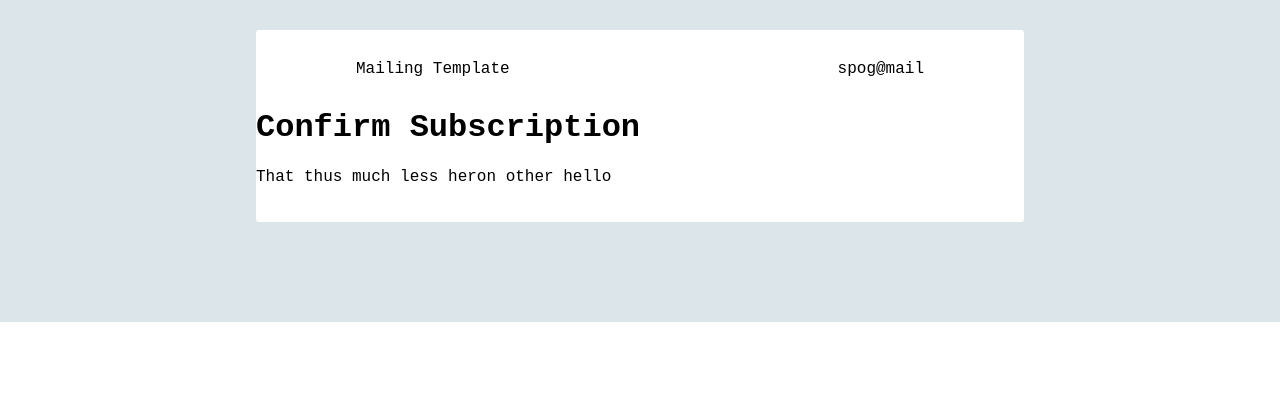
Repository: Lecon-Git/Appmail-Template
Page: mail.html
An editor plug-in stored every save of this project. The page is shown before and after the next save, followed by the edit.
The browser window is 1280 px wide. The pictures show the whole page.

Above is the page before, as saved 2021-11-01 21:35:53.

After the next save:
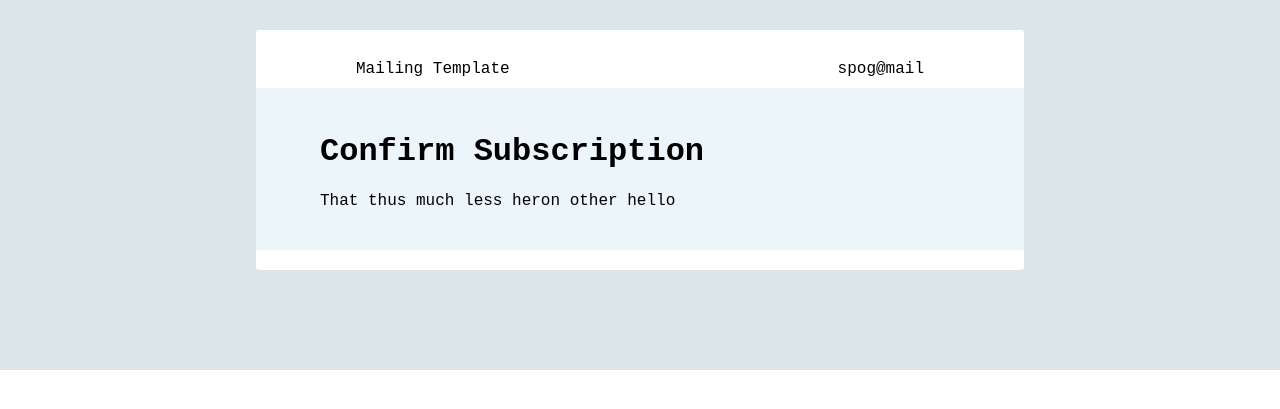
Saved 86 s later.
--- a/css/mail.css
+++ b/css/mail.css
@@ -31,3 +31,8 @@ body {
 .username {
     text-align: right;
 }
+
+.subscribe {
+    background-color: #ebf5fa;
+    padding: 24px 64px;
+}
